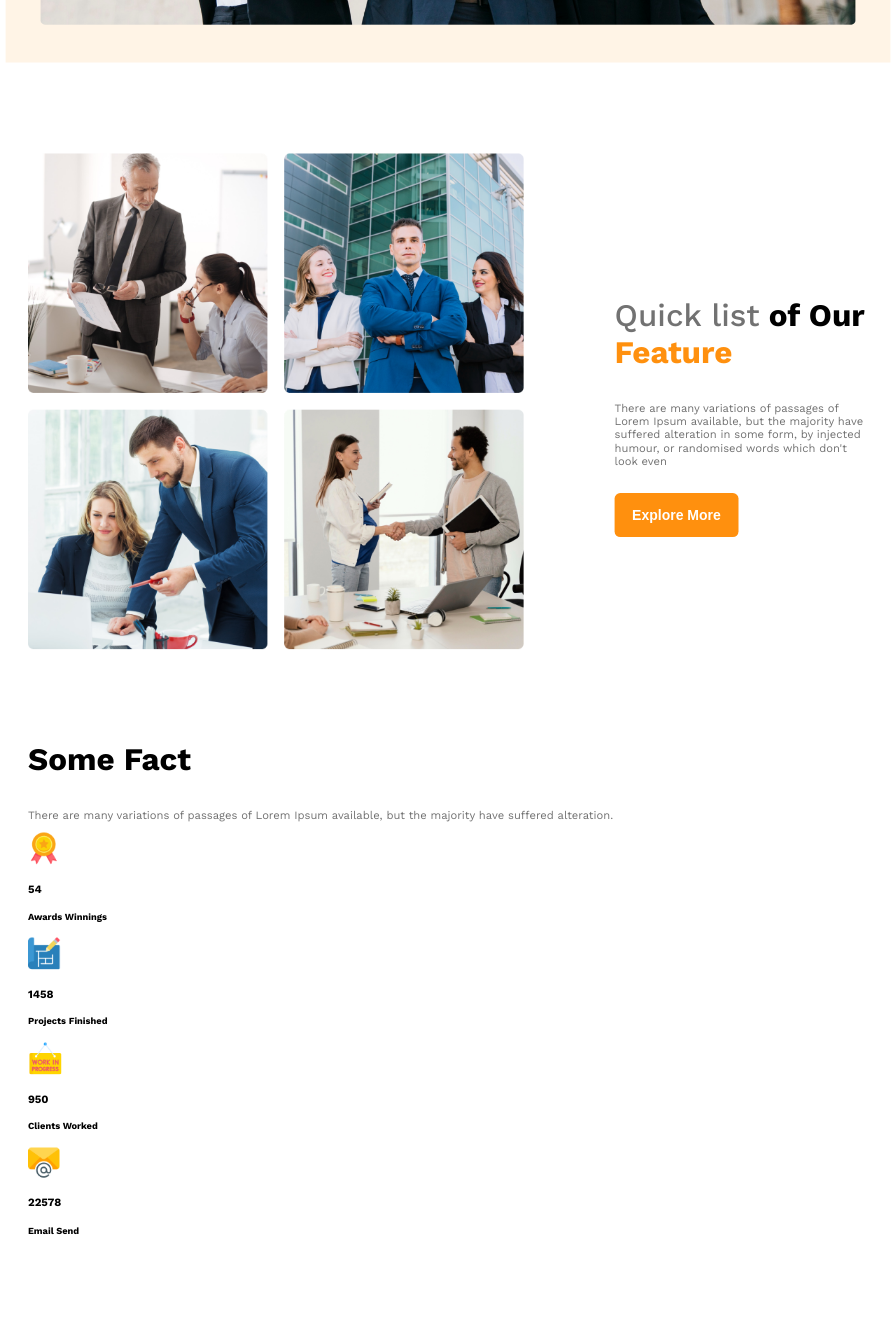
Repository: dollyrakhe22/g3-architects-website
Page: index.html
These files come from the project's save history. The page is drawn as it stood at one moment and after the next save; the edit follows.
The browser window is 1280 px wide. The pictures show the part of the page from y = 1125 to 3045 px (the page is 3021 px tall before and 3045 px after), at 70% of full size.

Above is the page before, as saved 2025-07-20 23:38:27.

After the next save:
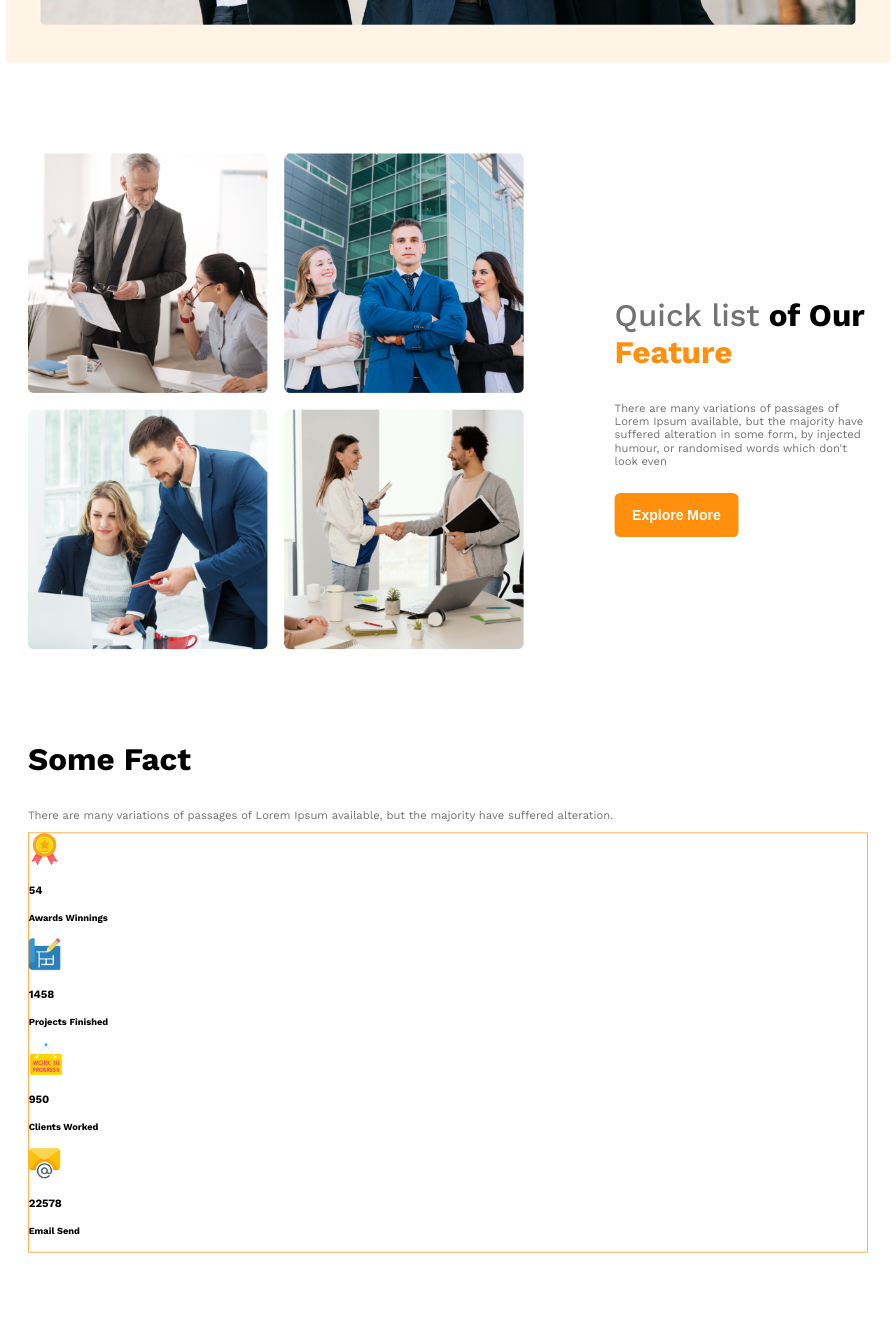
Saved 17 min 7 s later.
--- a/index.html
+++ b/index.html
@@ -51,22 +51,24 @@
            but the majority have suffered alteration.</p>
            <div class="fact-container">
               <!--.fact*4>img.fact-icon+h4.fact-number+h5.fact-name-->
-              <div class="fact">
-                <img src="images/icons/ribon.png" alt="" class="fact-icon">
+              <div class="fact-card dis">
+               <div>
+                 <img src="images/icons/ribon.png" alt="" class="fact-icon">
                 <h4 class="fact-number">54</h4>
                 <h5 class="fact-name">Awards Winnings</h5>
+               </div>
               </div>
-              <div class="fact">
+              <div class="fact-card">
                 <img src="images/icons/projects.png" alt="" class="fact-icon">
                 <h4 class="fact-number">1458</h4>
                 <h5 class="fact-name">Projects Finished</h5>
               </div>
-              <div class="fact">
+              <div class="fact-card">
                 <img src="images/icons/customers.png" alt="" class="fact-icon">
                 <h4 class="fact-number">950</h4>
                 <h5 class="fact-name">Clients Worked</h5>
               </div>
-              <div class="fact">
+              <div class="fact-card">
                 <img src="images/icons/email.png" alt="" class="fact-icon">
                 <h4 class="fact-number">22578</h4>
                 <h5 class="fact-name">Email Send</h5>
--- a/style.css
+++ b/style.css
@@ -120,6 +120,13 @@ main> section{
 .feature{
   color:#FF900E;
 }
+/*Some fact */
+.fact-container{
+   border: 1px solid #FF900E;
+}
+
+
+
 
 /*responsive media query*/
 @media screen and (max-width: 576px){
